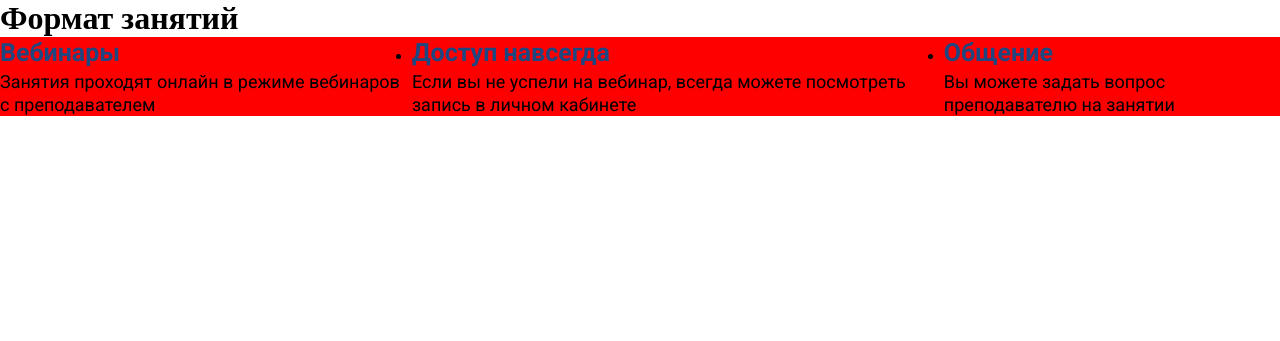
Repository: mirali879/previous-proj
Page: index.html
These files come from the project's save history. The page is drawn as it stood at one moment and after a run of saves; the edit follows.
The browser window is 1280 px wide. The pictures show the whole page.

Above is the page before, as saved 2023-05-06 19:14:08.

After the next 2 saves:
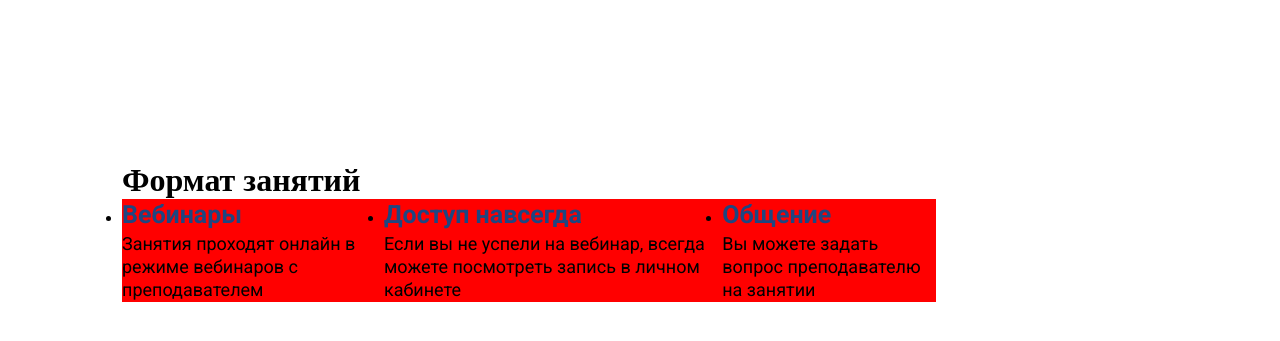
The 2 saves are shown as one change because they came seconds apart.
The last was saved 23 s later.
--- a/style.css
+++ b/style.css
@@ -81,6 +81,9 @@ ul .col h3 {
     width: 399px;
 } */
 
+ .page-1 {
+  padding: 162px 344px 188px 122px;
+}
 .page-1 ul{
   display: flex;
   background-color: red;
